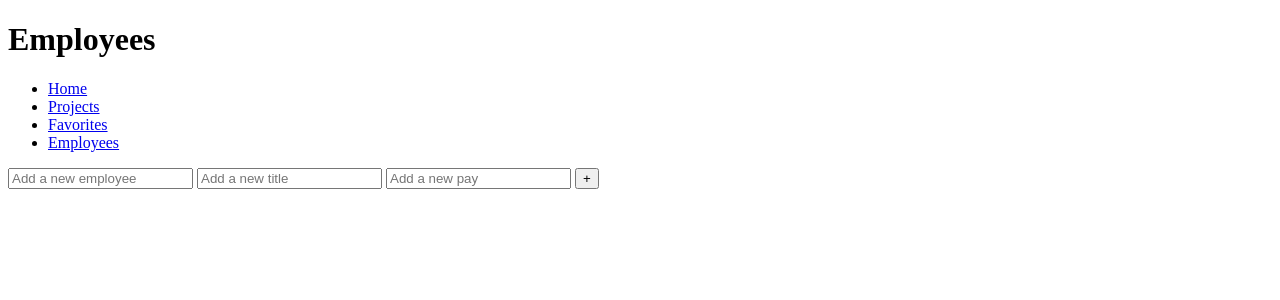
Repository: Kayla-amr/workApp
Page: client/employees.html
An editor plug-in stored every save of this project. The page is shown before and after the next save, followed by the edit.
The browser window is 1280 px wide. The pictures show the whole page.

Above is the page before, as saved 2023-12-04 06:20:22.
Console error: ReferenceError: addEInout is not defined

### client/employees.html
<!DOCTYPE html>
<html lang="en">
<head>
    <meta charset="UTF-8">
    <meta name="viewport" content="width=device-width, initial-scale=1.0">
    <title>Work Management App : Employees</title>
</head>
<body>
    <div class="app">
        <h1>Employees</h1>

        <nav>
            <ul>
                <li><a href="./index.html">Home</a></li>
                <li><a href="./projects.html">Projects</a></li>
                <li><a href="./favorites.html">Favorites</a></li>
                <li><a href="./employees.html">Employees</a></li>
            </ul>
        </nav>
        <div class="input">
            <input class="userEName" type="text" placeholder="Add a new employee">
            <input class="userETitle" type="text" placeholder="Add a new title">
            <input class="userEPay" type="text" placeholder="Add a new pay">

            <button class="addEInput">+</button>

        <div class="employee">


        </div>
</body>
<script src="./src/main.js"></script>
</html>

### client/src/main.js
let employees = [
    {
        id: 1,
        name: 'John Doe',
        title: 'CEO',
        pay: 17.25
    },
    {
        id: 2,
        name: 'Steve Smith',
        title: 'CTO',
        pay: 15.75
    },
    {
        id: 3,
        name: 'Jane Doe',
        title: 'CFO',
        pay: 16.00
    }
];

let equipment = [
    {
        id: 1,
        name: 'cement',
    },
    {
        id: 2,
        name: 'trailer',
    },
    {
        id: 3,
        name: 'truck',
    }
];

let projects = [
    {
        id: 1,
        name: 'Project 1',
        description: 'This is a project description',
        equipment: [ 'cement', 'trailer', 'truck' ],
        employees:['John Doe', 'Steve Smith'],
        cost: 1234.56
    },
    {
        id: 2,
        name: 'Project 2',
        description: 'This is a project description',
        equipment: [ 'cement', 'trailer', 'truck' ],
        employees:['Jane Doe', 'Steve Smith'],
        cost: 1234.56
    },
    {
        id: 3,
        name: 'Project 3',
        description: 'This is a project description',
        equipment: [ 'cement', 'trailer', 'truck' ],
        employees:['John Doe', 'Jane Doe'],
        cost: 1234.56
    }
];

let employeeList = document.querySelector('.employee');
let projectList = document.querySelector('.project');
let equipmentList = document.querySelector('.equipment');

function createEmployeeLi(employee) {
    let li = document.createElement('li');
    li.setAttribute('id', employee.id);
    li.innerText = [employee.name, employee.title, employee.pay]
    return li;
}


function addEmployee() {
    let userEName = document.querySelector('.userENamet');
    let userEtitle = document.querySelector('.userEtitle');
    let userEpay = document.querySelector('.userEpay');
    let newEmployee = {
        id: employees.length + 1,
        name: userEName.value,
        title: userEtitle.value,
        pay: userEpay.value
    };

    employees.push(newEmployee);
    viewWork(employees);
}

addEInput = document.querySelector('.addEInput');
addEInout.addEventListener('click', (event)=>{
    addEmployee();
    viewWork(employees);
}
);

function viewWork(employees) {
    employeeList.innerText = '';

    employees.forEach((employee) => {

        let li = createEmployeeLi(employee);
        employeeList.appendChild(li);
    });

    document.querySelector('.employee').innerHTML = employee;
}

viewWork(employees)

After the next save:
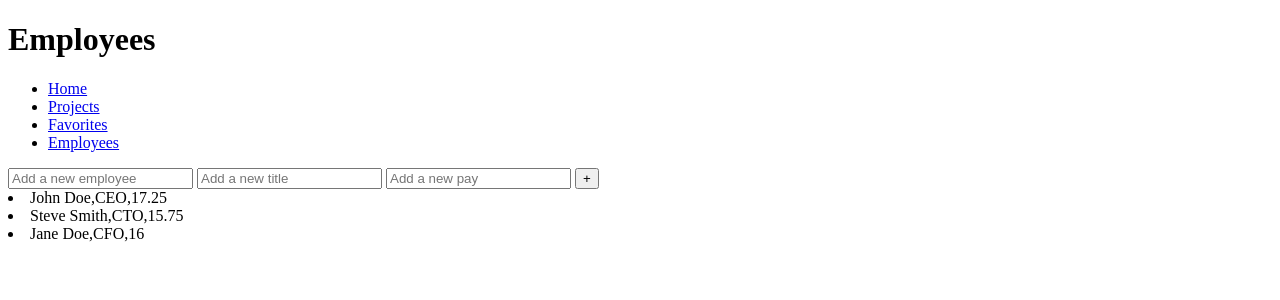
Console error: ReferenceError: employee is not defined
Saved 13 s later.
--- a/client/src/main.js
+++ b/client/src/main.js
@@ -89,7 +89,7 @@
 }
 
 addEInput = document.querySelector('.addEInput');
-addEInout.addEventListener('click', (event)=>{
+addEInput.addEventListener('click', (event)=>{
     addEmployee();
     viewWork(employees);
 }

After the 6 saves that followed:
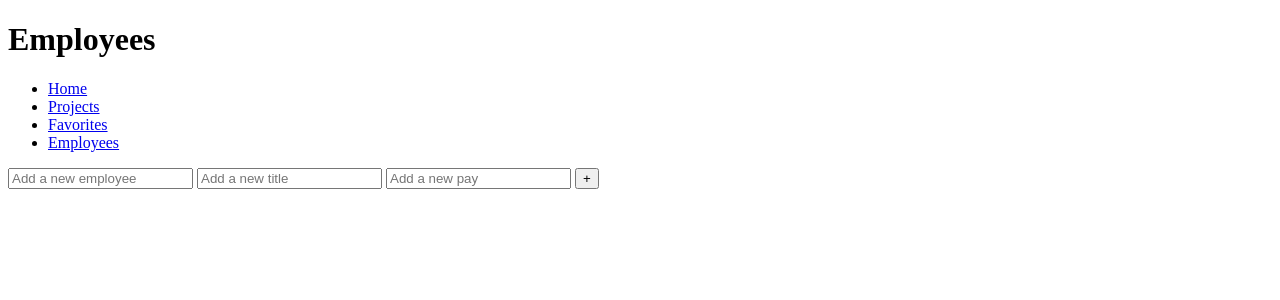
Console error: SyntaxError: missing ) after argument list
The 6 saves are shown as one change because 2 left the picture as it was and some came seconds apart.
The last was saved 65 s later.
--- a/client/src/main.js
+++ b/client/src/main.js
@@ -88,12 +88,7 @@
     viewWork(employees);
 }
 
-addEInput = document.querySelector('.addEInput');
-addEInput.addEventListener('click', (event)=>{
-    addEmployee();
-    viewWork(employees);
-}
-);
+userEInput.addEventListener('click', addEmployee
 
 function viewWork(employees) {
     employeeList.innerText = '';
